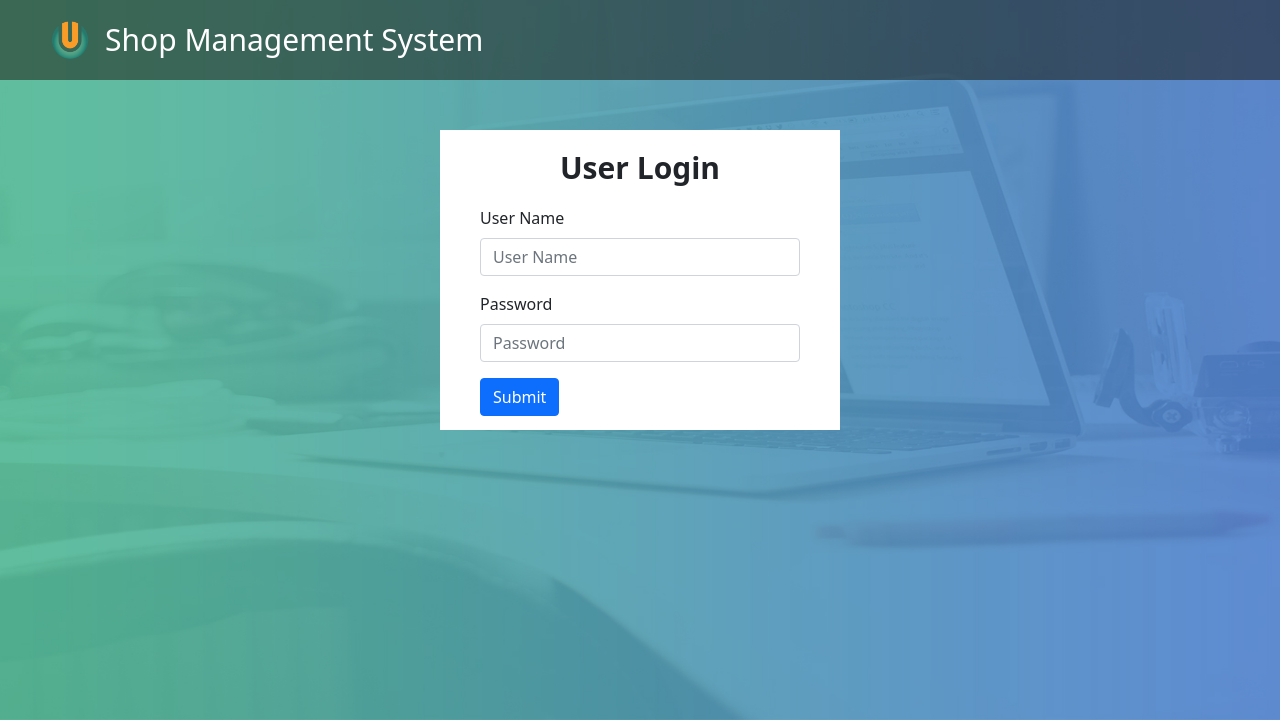
Repository: wenxi0504/storesystem
Page: /login
The author's editor kept a copy of each file at every save. The page is drawn from the files as they stood at one save, then again after the next save.
The browser window is 1280 px wide. The pictures show the whole page.
The project was rebuilt for these pictures with package versions that can differ from the ones it lists, and the page was loaded fresh each time. Also part of the build but not shown: src/pages/admin/admin.jsx.

Above is the page before, as saved 2022-03-21 21:37:41.

After the next save:
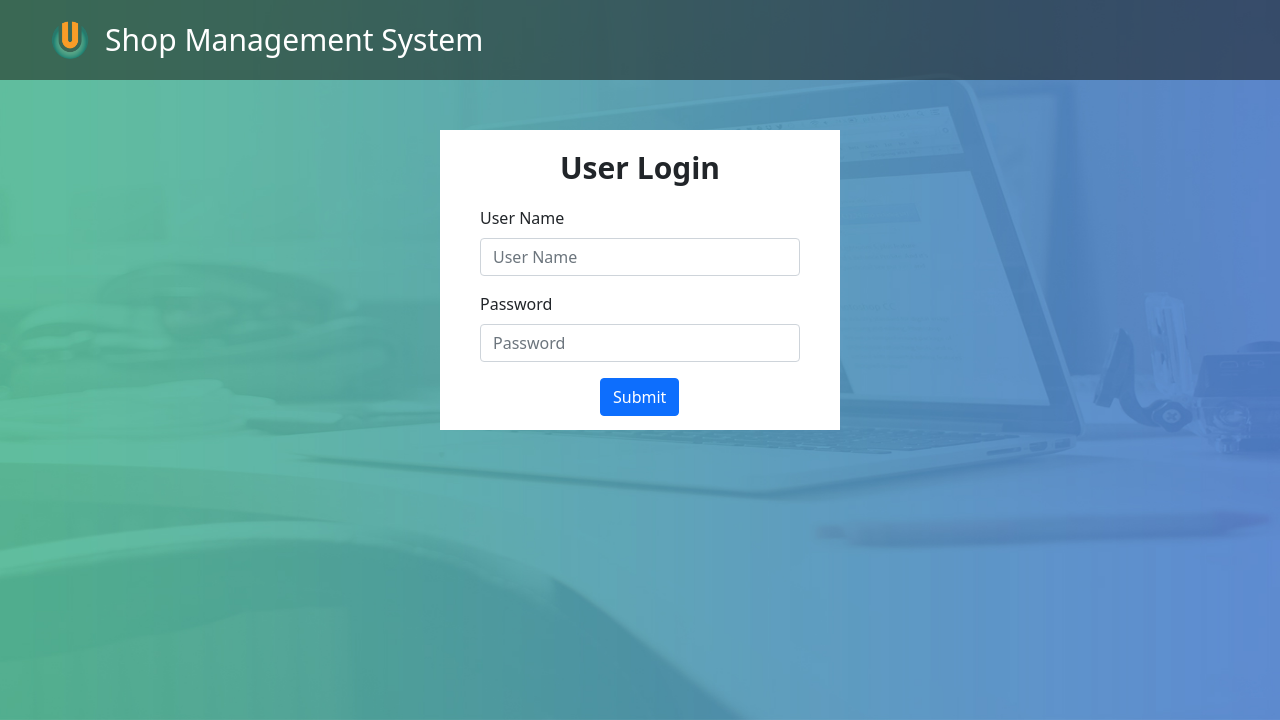
Saved 21 min 2 s later.
--- a/src/pages/login/login.css
+++ b/src/pages/login/login.css
@@ -41,5 +41,5 @@
 }
 
 .btn-primary {
-
+    margin-left: 120px;
 }
